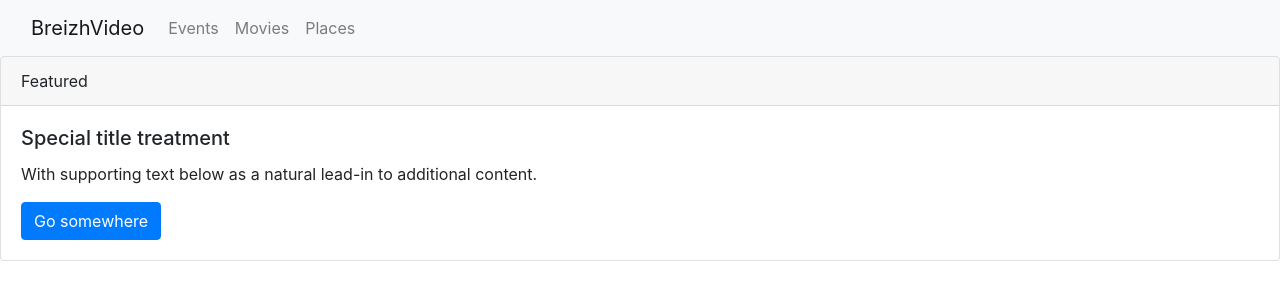
Repository: romgrm/Hackaton_BreizhVideo_FRONT
Page: /Events
The author's editor kept a copy of each file at every save. The page is drawn from the files as they stood at one save, then again after a run of saves.
The browser window is 1280 px wide. The pictures show the whole page.
The page's requests for data from a server got no answer. Some web libraries are served in a nearby version. The project was rebuilt for these pictures with package versions that can differ from the ones it lists, and the page was loaded fresh each time. No one was signed in, and anything a server would have sent is missing. Also part of the build but not shown: src/Components/Films.js, src/Components/Village.js.

Above is the page before, as saved 2020-12-21 20:10:17.

After the next 2 saves:
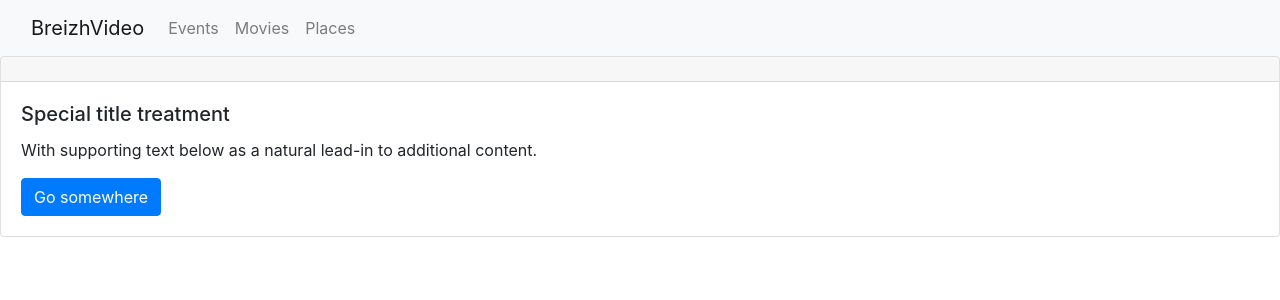
The 2 saves are shown as one change because 1 did not build or start.
The last was saved 25 s later.
--- a/src/Components/Events.js
+++ b/src/Components/Events.js
@@ -20,7 +20,9 @@ export default function Events() {
     return (
         <div class="card">
             <div class="card-header">
-                Featured
+            {event.map((current) => (
+                            <h1 key={current.id}> Passage à {current.representations.village.name}, le {current.representations.release_date}</h1>
+                        ))}
             </div>
             <div class="card-body">
                 <h5 class="card-title">Special title treatment</h5>
